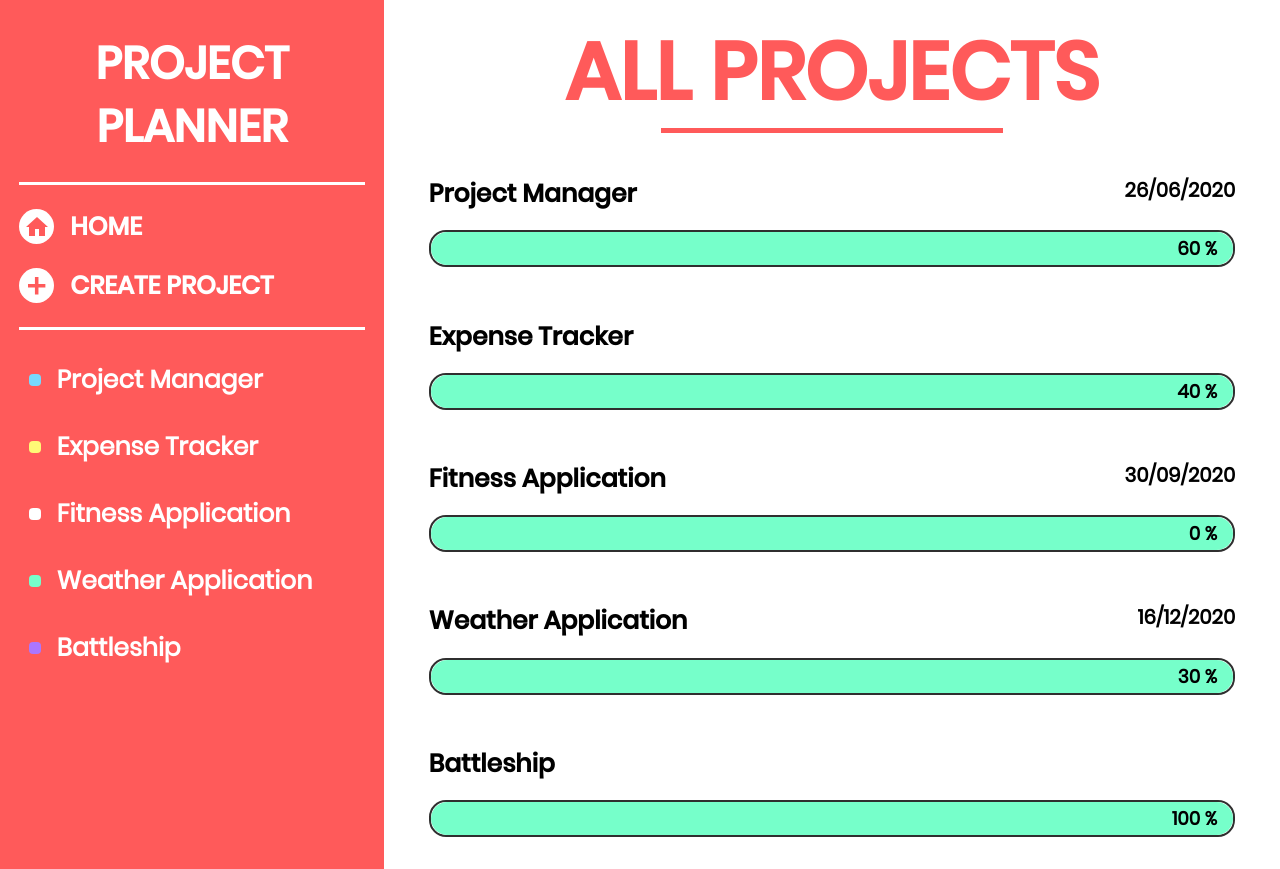
Repository: AzharMoosa/project-manager
Page: /
These files come from the project's save history. The page is drawn as it stood at one moment and after the next save; the edit follows.
The browser window is 1280 px wide. The pictures show the whole page.
The project was rebuilt for these pictures with package versions that can differ from the ones it lists, and the page was loaded fresh each time.

Above is the page before, as saved 2020-06-22 11:33:22.

### public/index.html
<!DOCTYPE html>
<html lang="en">
  <head>
    <meta charset="utf-8" />
    <link rel="icon" href="%PUBLIC_URL%/favicon.ico" />
    <meta name="viewport" content="width=device-width, initial-scale=1" />
    <meta name="theme-color" content="#000000" />
    <meta
      name="description"
      content="Web site created using create-react-app"
    />
    <link rel="apple-touch-icon" href="%PUBLIC_URL%/logo192.png" />

    <link rel="manifest" href="%PUBLIC_URL%/manifest.json" />

    <title>Project Planner</title>
  </head>
  <body>
    <noscript>You need to enable JavaScript to run this app.</noscript>
    <div id="root"></div>
  </body>
</html>

### src/App.js
import React from "react";
import Sidebar from "./components/sidebar/Siebar";
import Home from "./components/home/Home";
import { ProjectProvider } from "./ProjectContext";

import "./App.css";

function App() {
  return (
    <ProjectProvider>
      <div className='container'>
        <Sidebar />
        <Home />
      </div>
    </ProjectProvider>
  );
}

export default App;

### src/components/sidebar/Siebar.js
import React from "react";
import Header from "./Header";
import ProjectList from "../project-list/ProjectList";

const Siebar = () => {
  return (
    <div className='sidebar'>
      <Header />
      <ProjectList />
    </div>
  );
};

export default Siebar;

### src/components/home/Home.js
import React, { useContext } from "react";
import ProgectProgress from "./ProgectProgress";
import { ProjectContext } from "../../ProjectContext";

const Home = () => {
  // eslint-disable-next-line
  const [projects, setProjects] = useContext(ProjectContext);

  return (
    <div className='home'>
      <h1 className='home-title'>ALL PROJECTS</h1>
      {projects.map((project) => (
        <ProgectProgress
          name={project.name}
          date={project.date}
          progress={project.progress}
          key={project.id}
        />
      ))}
    </div>
  );
};

export default Home;

### src/ProjectContext.js
import React, { useState, createContext } from "react";

export const ProjectContext = createContext();

export const ProjectProvider = (props) => {
  const [projects, setProjects] = useState([
    {
      name: "Project Manager",
      overview:
        "A project management application which allows you to plan personal projects and track its progress.  Create detail plans of projects before developing projects.",
      tools: ["HTML", "CSS", "JAVASCRIPT", "REACT"],
      progress: 60,
      tasks: [
        "Create Project Plans",
        "Todo List for Each Project",
        "Track Progress",
        "Priority List",
        "Choose Tools In Each Project",
        "Clean And Simple Design",
        "Use REACT",
      ],
      color: "blue",
      date: "26/06/2020",
      id: 28392,
    },

    {
      name: "Expense Tracker",
      overview:
        "A expense tracker application which allows you to budget and track your savings.  Track what expenses you have",
      tools: ["HTML", "CSS", "JAVASCRIPT", "REACT"],
      progress: 40,
      tasks: [
        "Expenses In And Out",
        "Current Balance",
        "Highest Money Out",
        "Clean And Simple Design",
        "Use REACT",
      ],
      color: "yellow",
      date: "",
      id: 2032,
    },

    {
      name: "Fitness Application",
      overview:
        "A fitness application which can track workouts and meal plans. Plan exercise routines and meal plans all in one hub.",
      tools: [
        "HTML",
        "CSS",
        "JAVASCRIPT",
        "REACT",
        "NODEJS",
        "EXPRESS",
        "MONGODB",
      ],
      progress: 0,
      tasks: [
        "Exercise Plan",
        "Diet Plan",
        "Clean And Simple Design",
        "Use REACT",
      ],
      color: "white",
      date: "30/09/2020",
      id: 203234,
    },

    {
      name: "Weather Application",
      overview:
        "A weather application which can track weather and climate. See weather and climate for different locations all around the world.",
      tools: ["HTML", "CSS", "JAVASCRIPT", "REACT", "ADOBE XD"],
      progress: 30,
      tasks: [
        "Weather",
        "Temp, Humidity, Pressure",
        "Clean And Simple Design",
        "Use REACT",
      ],
      color: "green",
      date: "16/12/2020",
      id: 20327734,
    },

    {
      name: "Battleship",
      overview: "Battleship created in REACT and using Javascript Testing.",
      tools: ["HTML", "CSS", "JAVASCRIPT", "REACT", "ADOBE XD", "JEST"],
      progress: 100,
      tasks: [
        "Battleship Game",
        "Using Testing",
        "Clean And Simple Design",
        "Use REACT",
      ],
      color: "purple",
      date: "",
      id: 2027734,
    },
  ]);

  return (
    <ProjectContext.Provider value={[projects, setProjects]}>
      {props.children}
    </ProjectContext.Provider>
  );
};

### src/App.css
:root {
  --red: #ff5a5a;
  --green: #76ffca;
  --blue: #76daff;
  --yellow: #fffa76;
  --purple: #ab76ff;
}

/* CSS RESET */

* {
  margin: 0;
  padding: 0;
  box-sizing: border-box;
}

/* Fonts */

@font-face {
  font-family: "Poppins-Med";
  src: url("./fonts/Poppins-Medium.ttf");
}

@font-face {
  font-family: "Poppins-Reg";
  src: url("./fonts/Poppins-Regular.ttf");
}

/* Body */

body {
  font-family: "Poppins-Reg";
  line-height: 1.4;
}

/* Utilities */

/* Bullet Points */

.white:before,
.blue:before,
.yellow:before,
.green:before,
.purple:before {
  content: " ";
  height: 12px;
  width: 12px;
  margin-right: 1rem;
  border-radius: 4px;
}

.blue:before {
  background-color: var(--blue);
}

.yellow:before {
  background-color: var(--yellow);
}

.green:before {
  background-color: var(--green);
}

.purple:before {
  background-color: var(--purple);
}

.white:before {
  background-color: #fff;
}

/* Container */
.container {
  display: flex;
}

/* Sidebar */
.sidebar {
  width: 30vw;
  background-color: var(--red);
  min-height: 100vh;
  color: #fff;
}

.title {
  font-size: 45px;
  font-family: "Poppins-Med";
  text-align: center;
  padding-top: 2rem;
}

.nav-btns::after,
.nav-btns:before {
  content: " ";
  display: block;
  border-bottom: 3px solid #fff;
  width: 100%;
  margin: 1.5rem auto;
}

.nav-btns {
  width: 90%;
  margin: auto;
}

.home-btn,
.create-project-btn {
  display: flex;
  align-items: center;
  margin-top: 1.5rem;
}

.home-btn h3,
.create-project-btn h3 {
  margin-left: 1rem;
  font-family: "Poppins-Med";
  font-size: 25px;
}

.home-btn svg,
.create-project-btn svg {
  cursor: pointer;
}

/* Home */

.home {
  width: 70vw;
  display: flex;
  flex-direction: column;
}

.home-title {
  font-size: 80px;
  font-family: "Poppins-Med";
  color: var(--red);
  text-align: center;
  margin-top: 1rem;
}

.home-title:after {
  content: " ";
  display: block;
  border-bottom: 5px solid var(--red);
  width: 342px;
  margin: 0 auto 1.5rem auto;
}

/* Project Sidebar List */
.project-side {
  width: 85%;
  margin: 2rem auto;
  display: flex;
  align-items: center;
  cursor: pointer;
}

.project-side h3 {
  font-size: 25px;
}

/* Progress Bar */
.progressbar {
  width: 90%;
  background-color: #fff;
  border: 2px solid #2f2f2f;
  border-radius: 17px;
  margin: 0 auto 2rem auto;
}

.progressbar > div {
  background-color: var(--green);
  height: 33px;
  border-radius: 17px;
}

.progressbar h3 {
  display: flex;
  justify-content: flex-end;
  align-items: center;
  line-height: 1.8;
  margin-right: 1rem;
}

/* Project List */

.project-title {
  width: 90%;
  margin: 1.2rem auto;
  display: flex;
  justify-content: space-between;
}

.project-title h3 {
  font-size: 25px;
  font-family: "Poppins-Med";
}

.project-title h4 {
  font-size: 20px;
  font-family: "Poppins-Reg";
}

### src/components/sidebar/Header.js
import React from "react";

const Header = () => {
  return (
    <div>
      <h1 className='title'>PROJECT PLANNER</h1>
      <div className='nav-btns'>
        <div className='home-btn'>
          <svg
            xmlns='http://www.w3.org/2000/svg'
            width='35'
            height='35'
            viewBox='0 0 35 35'
          >
            <g
              id='Home_Btn'
              data-name='Home Btn'
              transform='translate(-139 -182)'
            >
              <circle
                id='Ellipse_1'
                data-name='Ellipse 1'
                cx='17.5'
                cy='17.5'
                r='17.5'
                transform='translate(139 182)'
                fill='#fff'
              />
              <path
                id='icons8-home'
                d='M12,2.1,1,12H4v9h6V14h4v7h6V12h3Z'
                transform='translate(145 187.9)'
                fill='#ff5a5a'
              />
            </g>
          </svg>
          <h3>HOME</h3>
        </div>

        <div className='create-project-btn'>
          <svg
            xmlns='http://www.w3.org/2000/svg'
            width='35'
            height='35'
            viewBox='0 0 35 35'
          >
            <g id='Group_6' data-name='Group 6' transform='translate(-50 -242)'>
              <circle
                id='Ellipse_2'
                data-name='Ellipse 2'
                cx='17.5'
                cy='17.5'
                r='17.5'
                transform='translate(50 242)'
                fill='#fff'
              />
              <path
                id='icons8-plus'
                d='M8.922,2V8.922H2v1.538H8.922v6.922h1.538V10.461h6.922V8.922H10.461V2Z'
                transform='translate(58 250)'
                fill='#ff5a5a'
                stroke='#ff5a5a'
                strokeWidth='2'
                fillRule='evenodd'
              />
            </g>
          </svg>
          <h3>CREATE PROJECT</h3>
        </div>
      </div>
    </div>
  );
};

export default Header;

### src/components/project-list/ProjectList.js
import React, { useContext } from "react";
import { ProjectContext } from "../../ProjectContext";
import ProjectSide from "./ProjectSide";

const ProjectList = () => {
  // eslint-disable-next-line
  const [projects, setProjects] = useContext(ProjectContext);

  return (
    <div>
      {projects.map((project) => (
        <ProjectSide
          name={project.name}
          color={project.color}
          key={project.id}
        />
      ))}
    </div>
  );
};

export default ProjectList;

### src/components/home/ProgectProgress.js
import React from "react";
import ProgressBar from "./ProgressBar";

const ProgectProgress = ({ name, date, progress }) => {
  return (
    <div className='project-progress'>
      <div className='project-title'>
        <h3>{name}</h3>
        <h4>{date}</h4>
      </div>
      <ProgressBar progress={progress} />
    </div>
  );
};

export default ProgectProgress;

### src/components/project-list/ProjectSide.js
import React from "react";

const Project = ({ name, color }) => {
  return (
    <div className={`project-side ${color}`}>
      <h3>{name}</h3>
    </div>
  );
};

export default Project;

### src/components/home/ProgressBar.js
import React from "react";

const ProgressBar = ({ progress }) => {
  return (
    <div className='progressbar'>
      <div style={{ progress }}>
        <h3>{progress} %</h3>
      </div>
    </div>
  );
};

export default ProgressBar;

Loaded but not shown: src/index.js (common file)

After the next save:
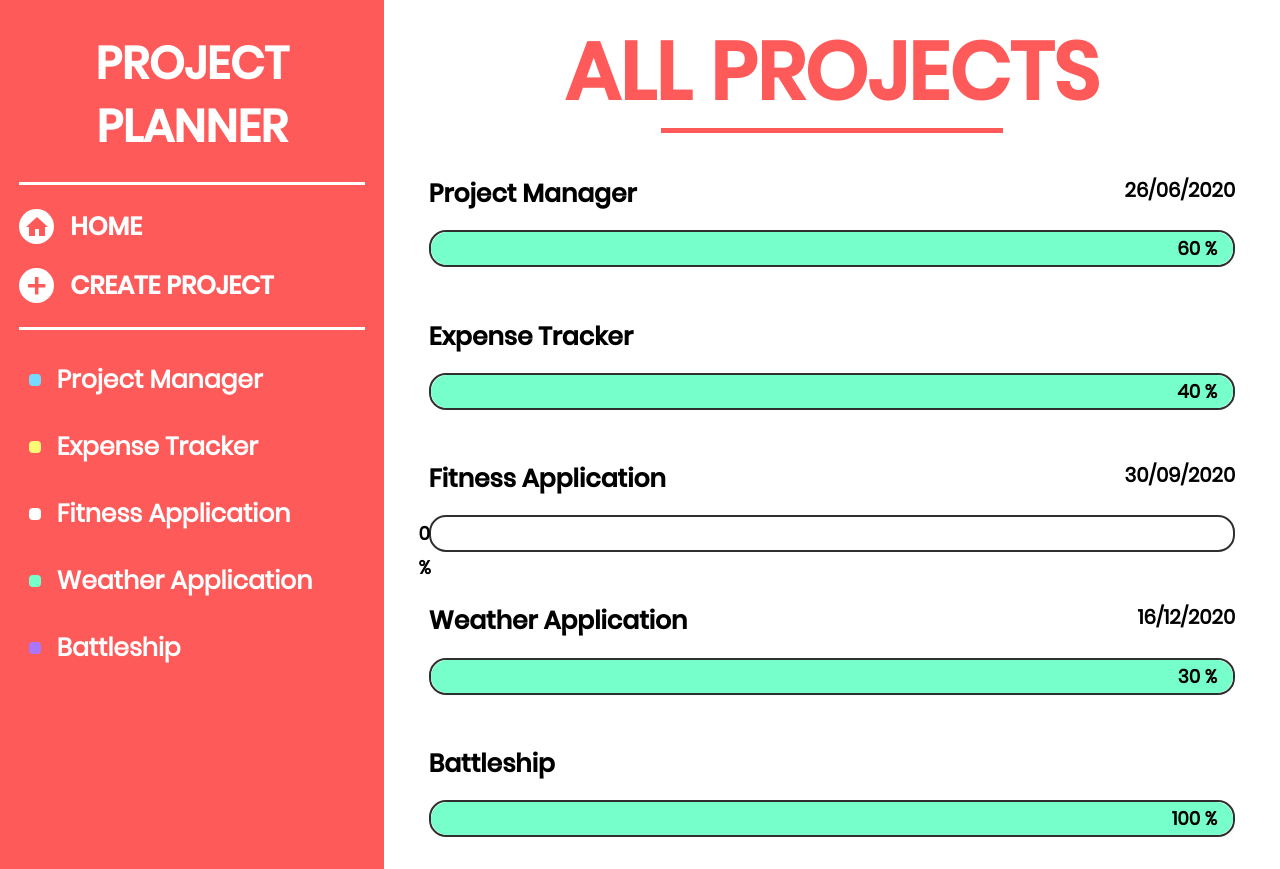
Saved 19 s later.
--- a/src/components/home/ProgressBar.js
+++ b/src/components/home/ProgressBar.js
@@ -3,7 +3,7 @@ import React from "react";
 const ProgressBar = ({ progress }) => {
   return (
     <div className='progressbar'>
-      <div style={{ progress }}>
+      <div style={{ width: `${progress}` }}>
         <h3>{progress} %</h3>
       </div>
     </div>
